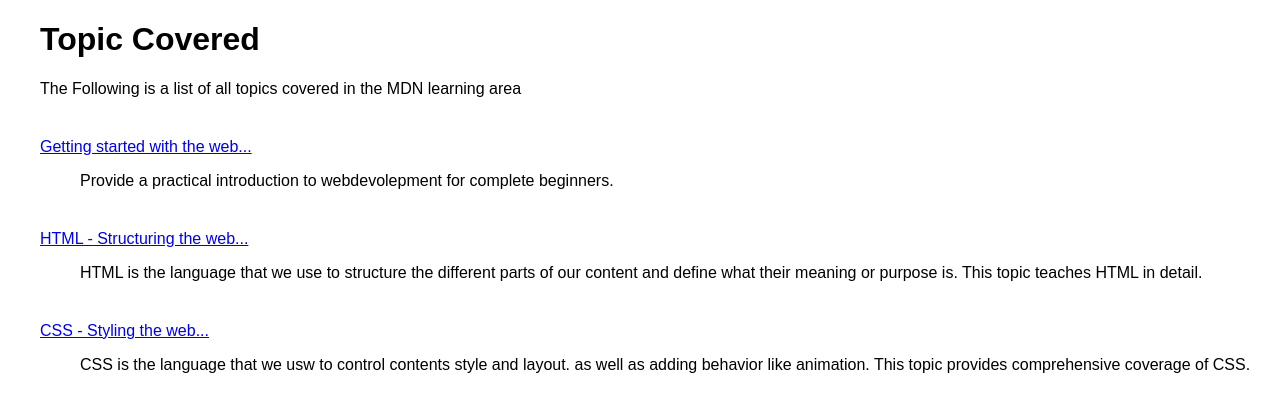
Repository: sriram1224/ReactProjects.github.io
Page: Assignments/Assignment1/index.html
These files come from the project's save history. The page is drawn as it stood at one moment and after the next save; the edit follows.
The browser window is 1280 px wide. The pictures show the whole page.

Above is the page before, as saved 2024-03-01 10:13:57.

### Assignments/Assignment1/index.html
<!DOCTYPE html>
<html>
<head>
  <script src="https://unpkg.com/react@18/umd/react.development.js"></script>
  <script src="https://unpkg.com/react-dom@18/umd/react-dom.development.js"></script>
  <style>
    body{
      margin-left: 40px;
      font-family: Arial, sans-serif;

    }
    #para{
      margin-bottom: 40px;
      list-style: none;
    }


  </style>
</head>

<body>

  <div id="root"></div>

  <script>

    const TopicHeader = () =>
    React.createElement(
      'div',
      null,
      [
      React.createElement(
        'h1',
        {id: 'title'},
        'Topic Covered'
      ),
      React.createElement(
      'p',
      {id: 'para'},
      'The Following is a list of all topics covered in the MDN learning area'),

      ]);

    const TopicDescription = () => React.createElement(
      'div',
      null,
      [
      React.createElement('div', {id: 'div'},[
      React.createElement('a', {href: 'http://example.com'}, 'Getting started with the web...'),
      React.createElement('ul', {}, [
        React.createElement('li', {id: 'para'}, 'Provide a practical introduction to webdevolepment for complete beginners.'),

      ]),
      React.createElement('a', {href: 'http://example.com'}, 'HTML - Structuring the web...'),
      React.createElement('ul', {}, [
        React.createElement('li', {id: 'para'}, 'HTML is the language that we use to structure the different parts of our content and define what their meaning or purpose is. This topic teaches HTML in detail.'),

      ]),
      React.createElement('a', {href: 'http://example.com'}, 'CSS - Styling the web...'),
      React.createElement('ul', {}, [
        React.createElement('li', {id: 'para'}, 'CSS is the language that we usw to control contents style and layout. as well as adding behavior like animation. This topic provides comprehensive coverage of CSS.'),

      ]),
      ]),
      React.createElement('p', {}, ''),]);

    const TopicList = () => React.createElement(
      'div',
      null,
      [




      ]
    );

    ReactDOM.render(
      React.createElement(
        'div',
        null,
        [
          React.createElement(TopicHeader),
          React.createElement(TopicDescription),
          React.createElement(TopicList)
        ]
      ),
      document.getElementById('root')
    );

  </script>

</body>
</html>

After the next save:
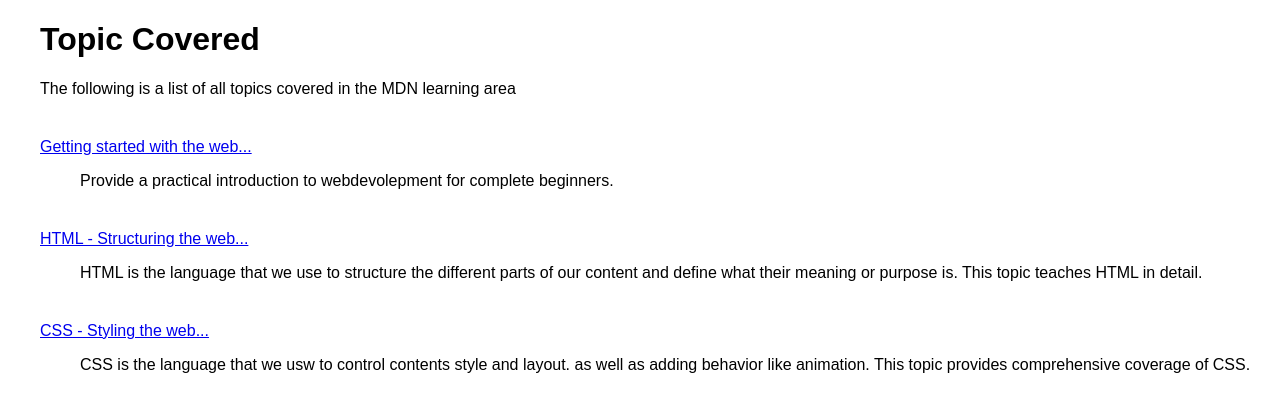
Saved 41 s later.
--- a/Assignments/Assignment1/index.html
+++ b/Assignments/Assignment1/index.html
@@ -37,7 +37,7 @@
       React.createElement(
       'p',
       {id: 'para'},
-      'The Following is a list of all topics covered in the MDN learning area'),
+      'The following is a list of all topics covered in the MDN learning area'),
 
       ]);
 
